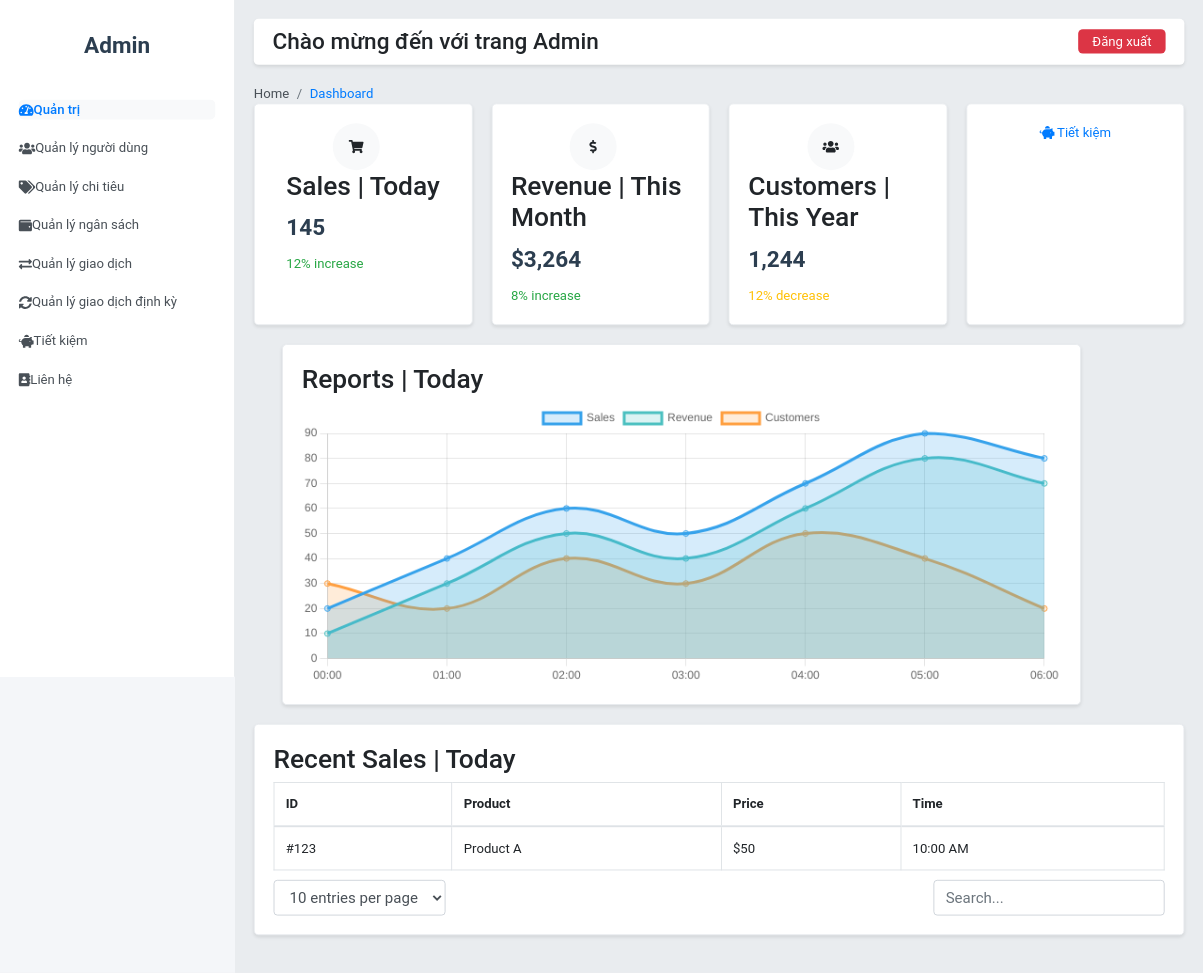
Repository: PhanVanHoa051204/Project3
Page: http://localhost/Project3/dashboard.jsp
These files come from the project's save history. The page is drawn as it stood at one moment and after the next save; the edit follows.
The browser window is 1280 px wide. The pictures show the whole page, at 94% of full size.
The page is served by Tomcat 9. Other server files are loaded and not shown.

Above is the page before, as saved 2025-03-15 00:23:28.
Console error: TypeError: Cannot read properties of null (reading 'getContext')

### PhanVanHoa_2210900023_K22CNT1/Project3/src/main/webapp/dashboard.jsp
<%@ page language="java" contentType="text/html; charset=UTF-8"
	pageEncoding="UTF-8"%>
<!DOCTYPE html>
<html lang="en">
<head>
<meta charset="UTF-8">
<meta name="viewport" content="width=device-width, initial-scale=1.0">
<title>Admin</title>
<link rel="stylesheet"
	href="https://cdn.jsdelivr.net/npm/bootstrap@4.5.3/dist/css/bootstrap.min.css">
<script src="https://cdn.jsdelivr.net/npm/chart.js"></script>
<script
	src="https://cdnjs.cloudflare.com/ajax/libs/font-awesome/5.15.4/js/all.min.js"></script>
<link rel="stylesheet" href="style.css">
<script src="https://cdn.jsdelivr.net/npm/chart.js"></script>
</head>
<body>
	<div class="container-fluid">
		<div class="row">
			<!-- Sidebar -->
			<div class="sidebar">
				<div class="logo">Admin</div>
				<ul>
					<li class="active"><a href="#"><i
							class="fas fa-tachometer-alt"></i> Quản trị</a></li>
					<li><a
						href="${pageContext.request.contextPath}/NguoiDung/users.jsp"><i
							class="fas fa-users"></i> Quản lý người dùng</a></li>
					<li><a
						href="${pageContext.request.contextPath}/ChiTieu/categories.jsp"><i
							class="fas fa-tags"></i> Quản lý chi tiêu</a></li>
					<li><a
						href="${pageContext.request.contextPath}/NganSach/budgets.jsp"><i
							class="fas fa-wallet"></i> Quản lý ngân sách</a></li>
					<li><a
						href="${pageContext.request.contextPath}/GiaoDich/transactions.jsp"><i
							class="fas fa-exchange-alt"></i> Quản lý giao dịch</a></li>
					<li><a
						href="${pageContext.request.contextPath}/GDDinhKy/recurringtransactions.jsp"><i
							class="fas fa-sync-alt"></i> Quản lý giao dịch định kỳ</a></li>
					<li><a
						href="${pageContext.request.contextPath}/TietKiem/goals.jsp"><i
							class="fas fa-piggy-bank"></i> Tiết kiệm</a></li>
					<li><a href="https://web.facebook.com/PhanHoa05122004"><i
							class="fas fa-address-book"></i> Liên hệ</a></li>
				</ul>
			</div>

			<!-- Main Content -->
			<div class="main-content">
				<header>
					<div class="">
						<h1>Chào mừng đến với trang Admin</h1>
					</div>
					<div class="submit-section">
						<a href="login.jsp" class="logout-btn">Đăng xuất</a>
					</div>
				</header>

				<!-- Dashboard Content -->
				<div class="dashboard-content">
					<nav aria-label="breadcrumb">
						<ol class="breadcrumb">
							<li class="breadcrumb-item"><a href="dashboard.jsp">Home</a></li>
							<li class="breadcrumb-item active" aria-current="page">Dashboard</li>
						</ol>
					</nav>

					<div class="cards">
						<div class="card stats-card">
							<div class="card-icon">
								<i class="fas fa-shopping-cart"></i>
							</div>
							<div class="card-content">
								<h3>Sales | Today</h3>
								<p class="stats-value">145</p>
								<span class="stats-change text-success">12% increase</span>
							</div>
						</div>
						<div class="card stats-card">
							<div class="card-icon">
								<i class="fas fa-dollar-sign"></i>
							</div>
							<div class="card-content">
								<h3>Revenue | This Month</h3>
								<p class="stats-value">$3,264</p>
								<span class="stats-change text-success">8% increase</span>
							</div>
						</div>
						<div class="card stats-card">
							<div class="card-icon">
								<i class="fas fa-users"></i>
							</div>
							<div class="card-content">
								<h3>Customers | This Year</h3>
								<p class="stats-value">1,244</p>
								<span class="stats-change text-warning">12% decrease</span>
							</div>
						</div>
						<div class="card stats-card">
							<div class="card-content">
								<a href="${pageContext.request.contextPath}/TietKiem/goals.jsp" class=""><i
									class="fas fa-piggy-bank"></i> Tiết kiệm</a>
							</div>
						</div>
					</div>

					<div class="col-md-12">
						<div class="col-md-11">
							<div class="chart-section">
								<h3>Reports | Today</h3>
								<canvas id="reportsChart"></canvas>
							</div>
						</div>

					</div>

					<div class="recent-sales">
						<h3>Recent Sales | Today</h3>
						<table class="table table-bordered">
							<thead>
								<tr>
									<th>ID</th>
									<th>Product</th>
									<th>Price</th>
									<th>Time</th>
								</tr>
							</thead>
							<tbody>
								<tr>
									<td>#123</td>
									<td>Product A</td>
									<td>$50</td>
									<td>10:00 AM</td>
								</tr>
							</tbody>
						</table>
						<div class="table-footer">
							<select class="form-control d-inline-block w-auto">
								<option>10 entries per page</option>
							</select> <input type="text"
								class="form-control d-inline-block w-auto ml-2"
								placeholder="Search...">
						</div>
					</div>
				</div>
			</div>
		</div>
	</div>

	<!-- Scripts -->
	<script>
		// Reports Chart
		const reportsCtx = document.getElementById('reportsChart').getContext(
				'2d');
		new Chart(reportsCtx, {
			type : 'line',
			data : {
				labels : [ '00:00', '01:00', '02:00', '03:00', '04:00',
						'05:00', '06:00' ],
				datasets : [ {
					label : 'Sales',
					data : [ 20, 40, 60, 50, 70, 90, 80 ],
					borderColor : 'rgba(54, 162, 235, 1)',
					backgroundColor : 'rgba(54, 162, 235, 0.2)',
					fill : true,
					tension : 0.4
				}, {
					label : 'Revenue',
					data : [ 10, 30, 50, 40, 60, 80, 70 ],
					borderColor : 'rgba(75, 192, 192, 1)',
					backgroundColor : 'rgba(75, 192, 192, 0.2)',
					fill : true,
					tension : 0.4
				}, {
					label : 'Customers',
					data : [ 30, 20, 40, 30, 50, 40, 20 ],
					borderColor : 'rgba(255, 159, 64, 1)',
					backgroundColor : 'rgba(255, 159, 64, 0.2)',
					fill : true,
					tension : 0.4
				} ]
			},
			options : {
				scales : {
					y : {
						beginAtZero : true
					}
				}
			}
		});

		// Budget Chart (Radar Chart)
		const budgetCtx = document.getElementById('budgetChart').getContext(
				'2d');
		new Chart(budgetCtx, {
			type : 'radar',
			data : {
				labels : [ 'Administration', 'Marketing', 'Development',
						'Sales', 'on Technology' ],
				datasets : [ {
					label : 'Allocated Budget',
					data : [ 65, 59, 80, 81, 56 ],
					backgroundColor : 'rgba(54, 162, 235, 0.2)',
					borderColor : 'rgba(54, 162, 235, 1)',
					borderWidth : 2
				}, {
					label : 'Actual Spending',
					data : [ 28, 48, 40, 19, 86 ],
					backgroundColor : 'rgba(75, 192, 192, 0.2)',
					borderColor : 'rgba(75, 192, 192, 1)',
					borderWidth : 2
				} ]
			},
			options : {
				scales : {
					r : {
						beginAtZero : true
					}
				}
			}
		});
	</script>
</html>

### PhanVanHoa_2210900023_K22CNT1/Project3/src/main/webapp/style.css
* {
    margin: 0;
    padding: 0;
    box-sizing: border-box;
    font-family: 'Roboto', sans-serif;
}

body {
    background-color: #f4f6f9;
    font-size: 14px;
    min-height: 100vh;
    overflow-x: hidden;
}

.container-fluid {
    padding: 0;
}

.row {
    margin: 0;
}

/* Sidebar */
.sidebar {
    width: 250px;
    background-color: #fff;
    padding: 20px 0;
    border-right: 1px solid #e9ecef;
    height: 100vh;
    position: fixed;
    top: 0;
    left: 0;
    overflow-y: auto;
    z-index: 1000;
}

.logo {
    font-size: 24px;
    font-weight: 700;
    color: #2c3e50;
    text-align: center;
    padding: 10px 0;
    margin-bottom: 20px;
}

.sidebar ul {
    list-style: none;
    padding: 0;
}

.sidebar ul li {
    padding: 10px 20px;
}

.sidebar ul li a {
    color: #495057;
    text-decoration: none;
    display: flex;
    align-items: center;
    transition: all 0.3s;
}

.sidebar ul li a i {
    margin-right: 10px;
}

.sidebar ul li.active a, .sidebar ul li a:hover {
    color: #007bff;
    background-color: #f8f9fa;
    border-radius: 5px;
}

.sidebar ul li.active a {
    font-weight: 500;
}

/* Main Content */
.main-content {
    margin-left: 250px;
    padding: 20px;
    flex: 1;
    min-height: 100vh;
    background-color: #e9ecef;
    overflow-y: auto;
    position: relative;
    z-index: 1;
}

header {
    display: flex;
    justify-content: space-between;
    align-items: center;
    margin-bottom: 20px;
    background: #fff;
    padding: 10px 20px;
    border-radius: 5px;
    box-shadow: 0 2px 4px rgba(0, 0, 0, 0.1);
    position: sticky;
    top: 0;
    z-index: 10;
}

header h1 {
    margin: 0;
    font-size: 24px;
}

.submit-section .logout-btn {
    padding: 5px 15px;
    background-color: #dc3545;
    color: #fff;
    text-decoration: none;
    border-radius: 5px;
}

.submit-section .logout-btn:hover {
    background-color: #c82333;
}

.dashboard-content {
    padding: 0;
}

.breadcrumb {
    background: transparent;
    padding: 0;
    margin: 0;
}

.breadcrumb-item a {
    color: #495057;
}

.breadcrumb-item.active {
    color: #007bff;
}

.cards {
    display: flex;
    justify-content: space-between;
    margin-bottom: 20px;
    gap: 20px;
    flex-wrap: wrap;
}

.card {
    background: #fff;
    border: 1px solid #e9ecef;
    border-radius: 5px;
    padding: 20px;
    box-shadow: 0 2px 4px rgba(0, 0, 0, 0.1);
    flex: 1;
    min-width: 200px;
    display: flex;
    align-items: center;
    transition: transform 0.3s;
}

.card:hover {
    transform: translateY(-5px);
}

.card-icon {
    width: 50px;
    height: 50px;
    background: #f8f9fa;
    border-radius: 50%;
    display: flex;
    align-items: center;
    justify-content: center;
    margin-right: 15px;
}

.card-icon i {
    font-size: 24px;
    color: #6c757d;
}

.card-content {
    flex: 1;
    text-align: left;
}

.stats-value {
    font-size: 24px;
    font-weight: 700;
    color: #2c3e50;
    margin: 10px 0;
}

.stats-change {
    font-size: 14px;
    display: block;
}

.text-success {
    color: #28a745;
}

.text-warning {
    color: #ffc107;
}

.chart-section {
    background: #fff;
    border: 1px solid #e9ecef;
    border-radius: 5px;
    padding: 20px;
    margin-bottom: 20px;
    box-shadow: 0 2px 4px rgba(0, 0, 0, 0.1);
}

.chart-section canvas {
    max-height: 300px;
    width: 100% !important; /* Đảm bảo canvas chiếm toàn bộ chiều rộng */
    height: auto !important; /* Tự động điều chỉnh chiều cao */
}

.recent-sales {
    background: #fff;
    border: 1px solid #e9ecef;
    border-radius: 5px;
    padding: 20px;
    margin-bottom: 20px;
    box-shadow: 0 2px 4px rgba(0, 0, 0, 0.1);
}

.table {
    margin-bottom: 0;
}

.table-footer {
    margin-top: 10px;
    display: flex;
    justify-content: space-between;
}

After the next save:
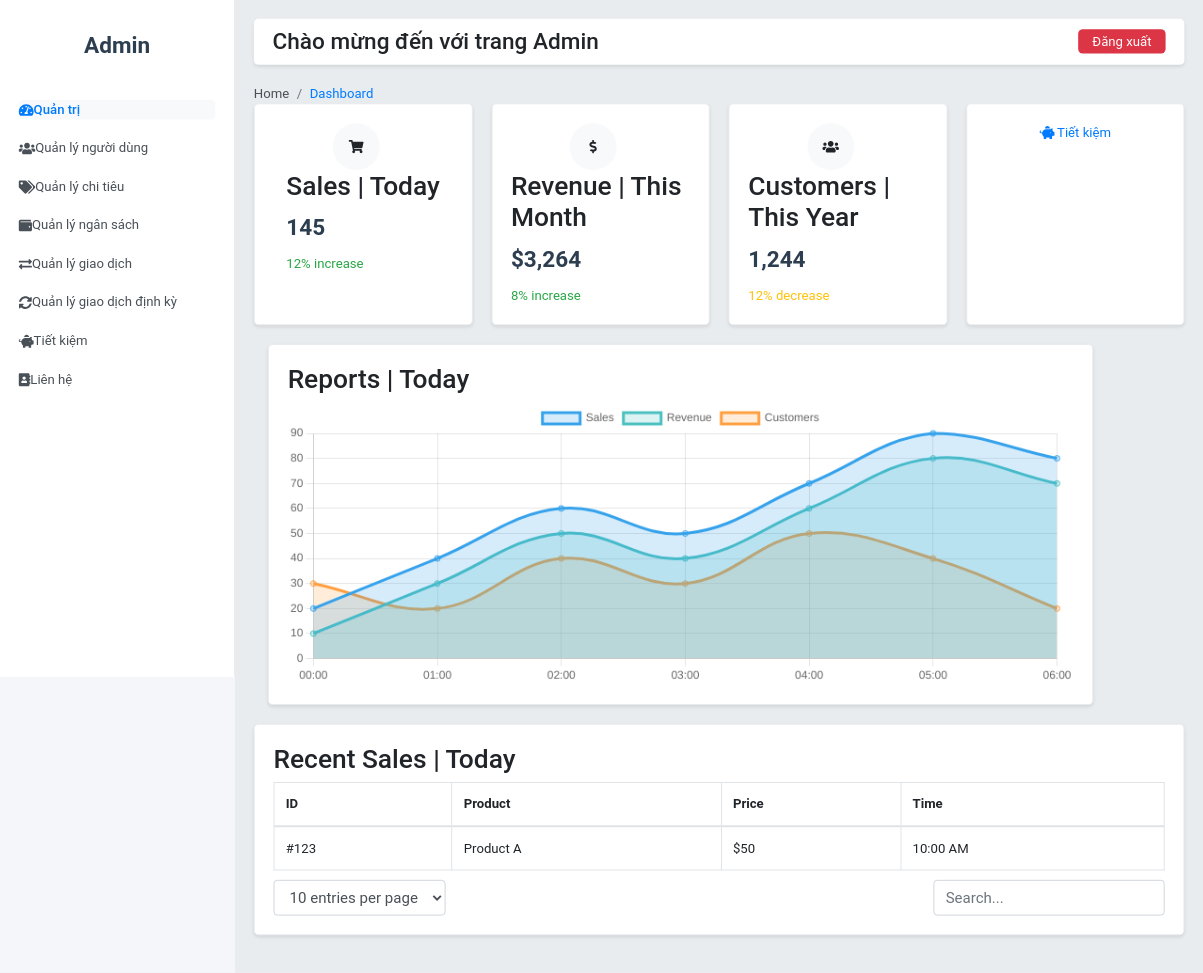
Saved 11 s later.
--- a/PhanVanHoa_2210900023_K22CNT1/Project3/src/main/webapp/dashboard.jsp
+++ b/PhanVanHoa_2210900023_K22CNT1/Project3/src/main/webapp/dashboard.jsp
@@ -105,7 +105,7 @@
 						</div>
 					</div>
 
-					<div class="col-md-12">
+					<div class="col-md-14">
 						<div class="col-md-11">
 							<div class="chart-section">
 								<h3>Reports | Today</h3>
